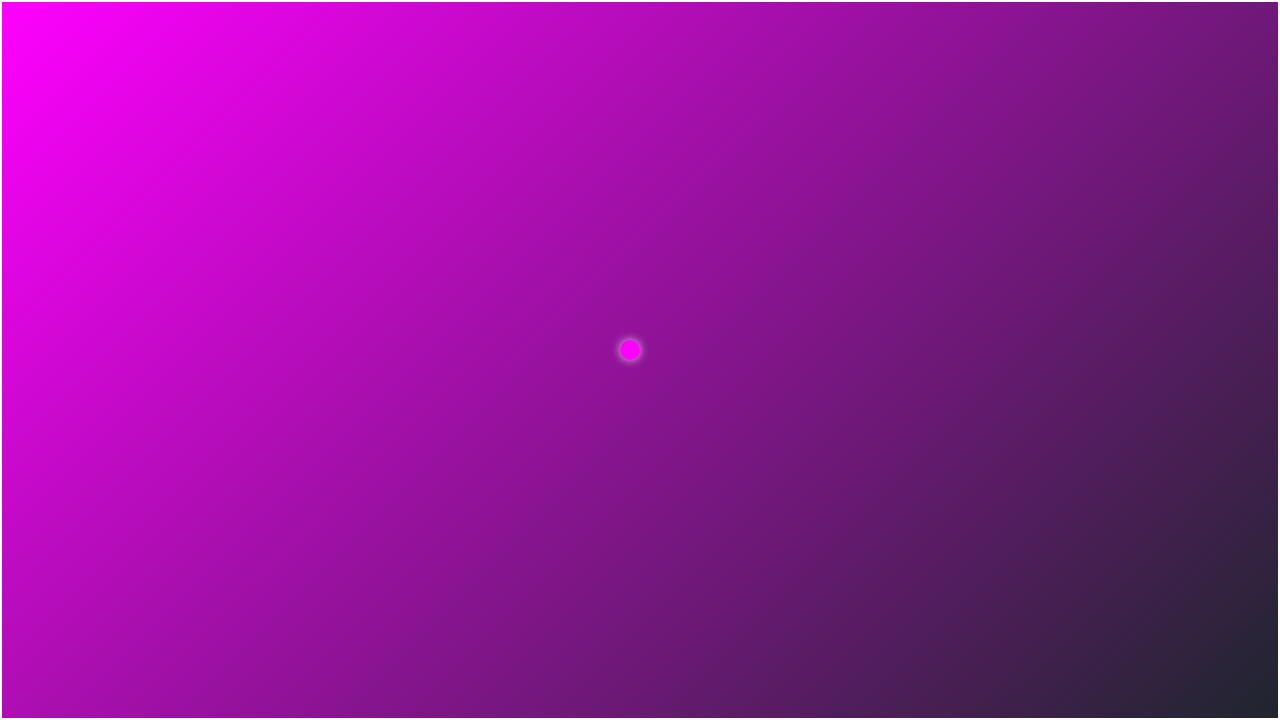
Repository: AlexBonifacio/rush-disco
Page: test.html
These files come from the project's save history. The page is drawn as it stood at one moment and after the next save; the edit follows.
The browser window is 1280 px wide. The pictures show the whole page.

Above is the page before, as saved 2025-04-17 20:52:59.

After the next save:
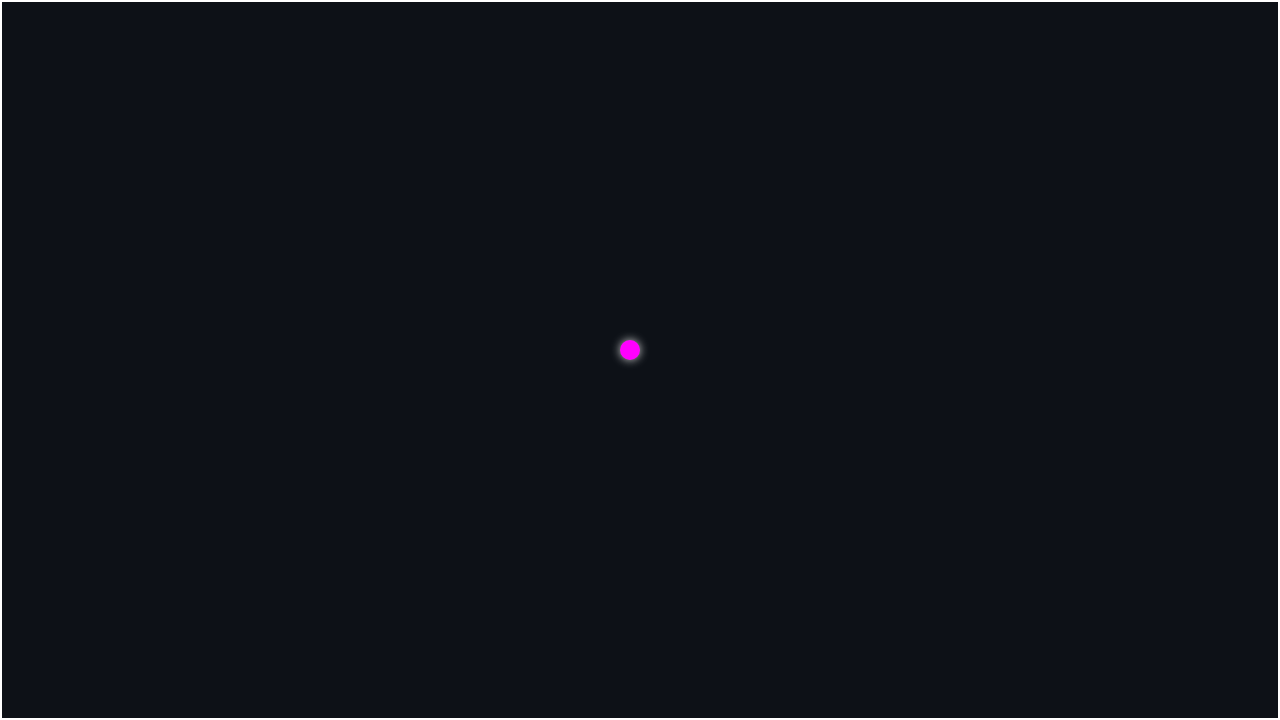
Saved 67 s later.
--- a/test.html
+++ b/test.html
@@ -90,7 +90,6 @@
       currentColorIndex = (currentColorIndex + 1) % neonColors.length;
       const currentColor = neonColors[currentColorIndex];
 
-      document.body.style.background = `linear-gradient(135deg, ${currentColor}, #1e262d)`; // Background change
       cursor.style.backgroundColor = currentColor; // Cursor color change
     }
 
